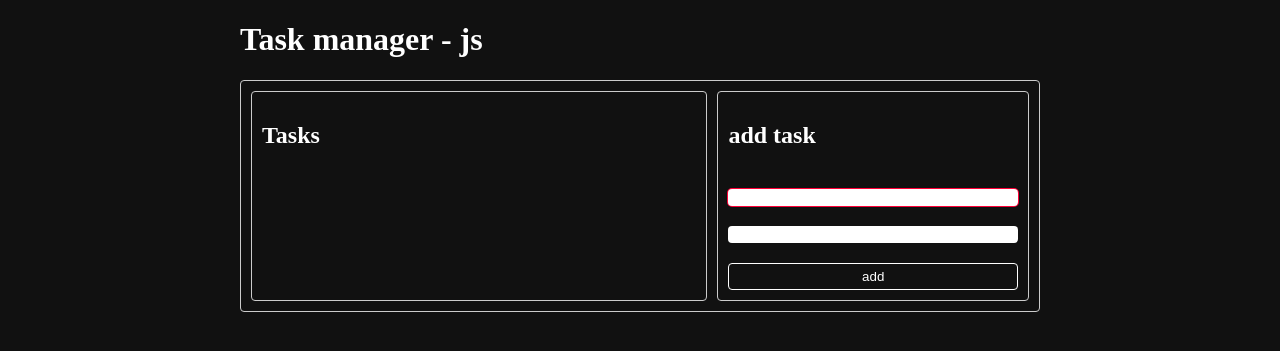
Repository: iKrekus/taskmgr-js
Page: index.html
The author's editor kept a copy of each file at every save. The page is drawn from the files as they stood at one save, then again after the next save.
The browser window is 1280 px wide. The pictures show the whole page.
The first visible `.task-mgr__field` has the focus.

Above is the page before, as saved 2024-03-15 16:52:38.

### index.html
<!DOCTYPE html>
<html>
<head>
  <meta charset='utf-8'>
  <meta http-equiv='X-UA-Compatible' content='IE=edge'>
  <title>Task manager - js</title>
  <meta name='viewport' content='width=device-width, initial-scale=1'>
  <link rel='stylesheet' type='text/css' media='screen' href='style.css'>
</head>
<body>
<main class="task-mgr">
  <h1>Task manager - js</h1>
  <div class="task-mgr__container container">
    <div class="task-mgr__tasks-box container">
      <h2>Tasks</h2>
      <ul class="task-mgr__list">
      </ul>
    </div>
    <div class="task-mgr__add-task container">
      <h2>add task</h2>
      <label for="title">
        <input type="text" name="title" id="task-title" class="task-mgr__field">
      </label>
      <label for="description">
        <input type="text" name="description" id="task-description" class="task-mgr__field">
      </label>
      <button type="button" class="btn btn__add" id="btn-add">add</button>
    </div>
  </div>
</main>
<template id="task-tmpl">
  <li>
  <p class="task-title"></p>
  <p class="task-description"></p>
  <button type="button" class="btn btn__remove"></button>
  </li>
</template>
<script src='app.js'></script>
</body>
</html>

### style.css
body {
  background-color: #111111;
  color: #ffffff;
}

.task-mgr {
  max-width: 800px;
  margin: 0 auto;
}

.task-mgr__list {
  list-style-type: none;
  padding: 0;
}

.task-mgr__list li {
  box-shadow: 0 0 10px -5px #ffffff;
  border-radius: 4px;
  padding: 4px 6px;
  position: relative;
  margin-bottom: 16px;
  transition: all .4s ease-in-out;
}

.task-mgr__list p{
  margin: 0;
}

.task-mgr__container {
  display: flex;
  gap: 10px;
}

.task-mgr__tasks-box {
  width: 60%;
}

.task-mgr__add-task {
  width: 40%;
  display: flex;
  flex-direction: column;
  gap: 20px;

}

.task-mgr__add-task label {
  display: flex;
  flex-direction: row;
}


.task-mgr__field {
  width: 100%;
  padding: 1px 5px;
  border-radius: 4px;
  border: none;
}

.task-mgr__field:focus {
  box-shadow: 0 0 0 1px #ff0037;
  outline: none;
}

.task-mgr-btn {
  width: 100%;
}

.container {
  border: 1px solid #cccccc;
  border-radius: 4px;
  padding: 10px;
}

.task-title {
  font-size: 1.2em;
  color: #ff0037;
  background-color: #222222;
  padding: 0 5px;
  border-radius: 4px 4px 0 0;
}

.task-description {
  background-color: #444444;
  padding: 0 5px;
  border-radius: 0 0 4px 4px;
}

.btn {
  background: none;
  border: 1px solid #ffffff;
  padding: 5px 10px;
  border-radius: 4px;
  color: #ffffff;
}

.btn {
  transition: all .3s ease-in-out;
}

.btn:hover,
.btn:focus {
  cursor: pointer;
  transition: all .3s ease-in-out;
}

.btn__add:active {
  transform: scale(0.99);
  transition: all .1s ease-in-out;
}

.btn__add:hover {
  color: #ff0037;
  border-color: #ff0037;
}

.btn__remove {
  position: absolute;
  content: "";
  top: -8px;
  right: -6px;
  width: 16px;
  height: 16px;
  padding: 0;
}


.btn__remove::before {
  position: absolute;
  left: 50%;
  top: 50%;
  transform: translate(-50%, -50%) rotate(-45deg);
  content: "";
  height: 1px;
  width: 10px;
  background-color: #ffffff;
}

.btn__remove::after {
  position: absolute;
  left: 50%;
  top: 50%;
  transform: translate(-50%, -50%) rotate(45deg);
  content: "";
  height: 1px;
  width: 10px;
  background-color: #ffffff;
}

.btn__remove:hover::before {
  transform: translate(-50%, -50%) rotate(180deg);
  transition: all .3s ease-in-out;
}


.btn__remove:hover::after {
  transform: translate(-50%, -50%) rotate(180deg);
  transition: all .3s ease-in-out;
}

.task-mgr__list li:has(.btn__remove:hover) {
  transform: translateY(-5px);
  transition: all .4s ease-in-out;
}

### app.js
const taskTitleField = document.querySelector('#task-title');
const taskDescriptionField = document.querySelector('#task-description');
const buttonAdd = document.querySelector('#btn-add');
const taskTitle = document.querySelector('.task-mgr__list');
const taskTemplate = document.querySelector('#task-tmpl').content;

buttonAdd.addEventListener('click', function () {
  if (taskTitleField.value && taskDescriptionField.value) {
  createTask(taskTitleField.value, taskDescriptionField.value);
  clear();
  }

})

function clear(){
  taskTitleField.value='';
  taskDescriptionField.value='';
};

function createTask (name, description) {
  const task = taskTemplate.cloneNode(true);
  task.querySelector('.task-title').textContent = name;
  task.querySelector('.task-description').textContent = description;
  task.querySelector('.btn__remove').addEventListener('click', function(){
    this.closest('LI').remove();
  });
  renderTask(task)
}

function renderTask (task) {
  const taskElement = document.createDocumentFragment();
  taskElement.append(task);
  taskTitle.append(taskElement);
}

After the next save:
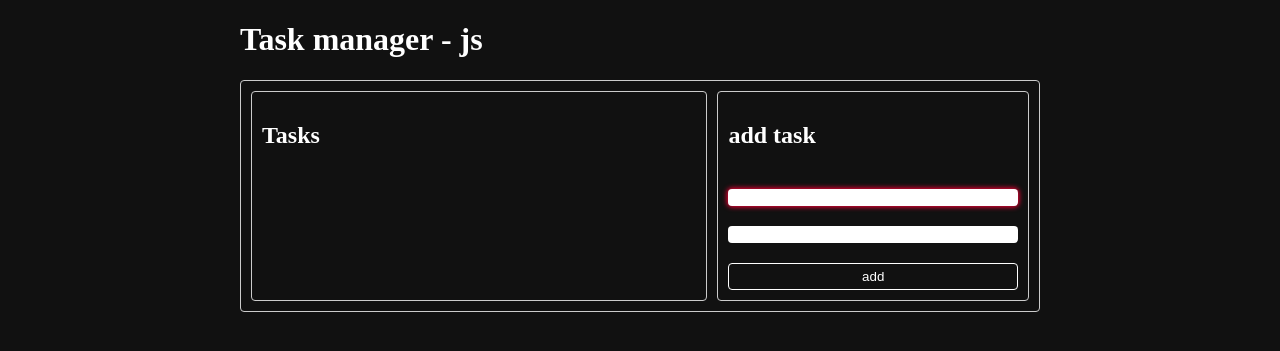
Saved 8 s later.
--- a/style.css
+++ b/style.css
@@ -57,7 +57,7 @@ body {
 }
 
 .task-mgr__field:focus {
-  box-shadow: 0 0 0 1px #ff0037;
+  box-shadow: 0 0 5px 1px #ff0037;
   outline: none;
 }
 
